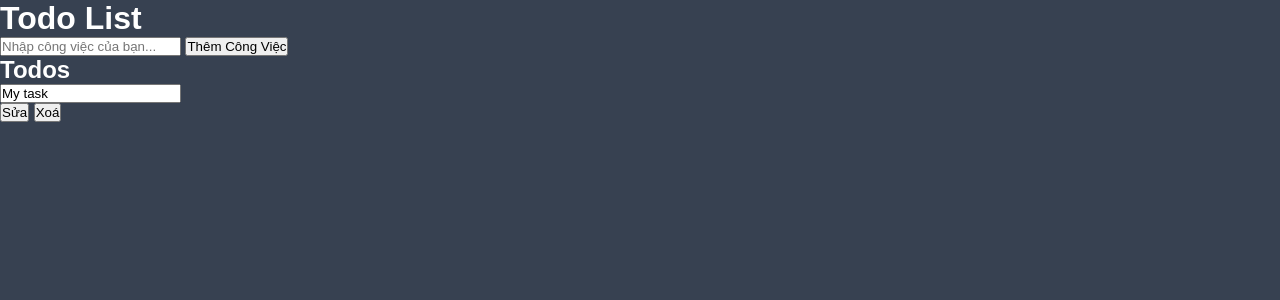
Repository: ntheanh/Todo-List
Page: index.html
These files come from the project's save history. The page is drawn as it stood at one moment and after the next save; the edit follows.
The browser window is 1280 px wide. The pictures show the whole page.
The style sheet was rebuilt from its Sass, Less or Tailwind sources for each picture, by a compiler version that may differ from the author's.

Above is the page before, as saved 2023-03-15 22:31:54.

### index.html
<!DOCTYPE html>
<html lang="en">
  <head>
    <meta charset="UTF-8" />
    <meta http-equiv="X-UA-Compatible" content="IE=edge" />
    <meta name="viewport" content="width=device-width, initial-scale=1.0" />
    <title>My Todo List</title>
    <link rel="stylesheet" href="style.css" />
  </head>
  <body>
    <header>
      <h1>Todo List</h1>
      <form action="" id="new-todo-form">
        <input
          id="new-todo-input"
          type="text"
          name="todo"
          placeholder="Nhập công việc của bạn... "
        />
        <input id="new-todo-submit" type="submit" value="Thêm Công Việc" />
      </form>
    </header>
    <main>
      <section class="task-list">
        <h2>Todos</h2>
        <div id="tasks">
          <div class="task">
            <div class="content">
              <input
                type="text"
                class="content_input"
                value="My task"
                readonly
              />
            </div>
            <div class="actons">
              <button class="edit">Sửa</button>
              <button class="delete">Xoá</button>
            </div>
          </div>
        </div>
      </section>
    </main>

    <script src="app.js"></script>
  </body>
</html>

### style.scss
:root {
  --dark: #374151;
  --darker: #1f2937;
  --darkest: #111827;
  --gray: #6b7280;
  --light: #eee;
  --pink: #ec4899;
  --purple: #8b5cf6;
}

* {
  margin: 0;
  padding: 0;
  box-sizing: border-box;
  font-family: "Poppins", sans-serif;
}

body {
  display: flex;
  flex-direction: column;
  min-height: 100vh;
  background: var(--dark);
  color: #fff;
}

Loaded but not shown: app.js (no stored copy; drawn as an empty file)

After the next save:
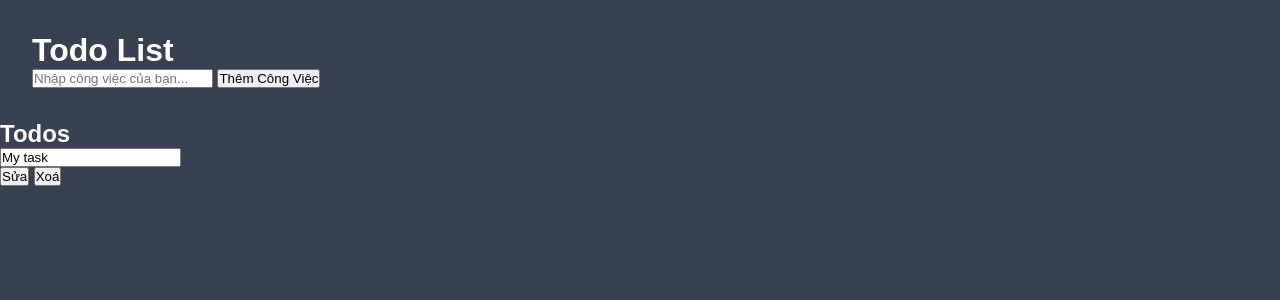
Saved 44 s later.
--- a/style.scss
+++ b/style.scss
@@ -22,3 +22,7 @@ body {
   background: var(--dark);
   color: #fff;
 }
+
+header {
+  padding: 2rem;
+}
